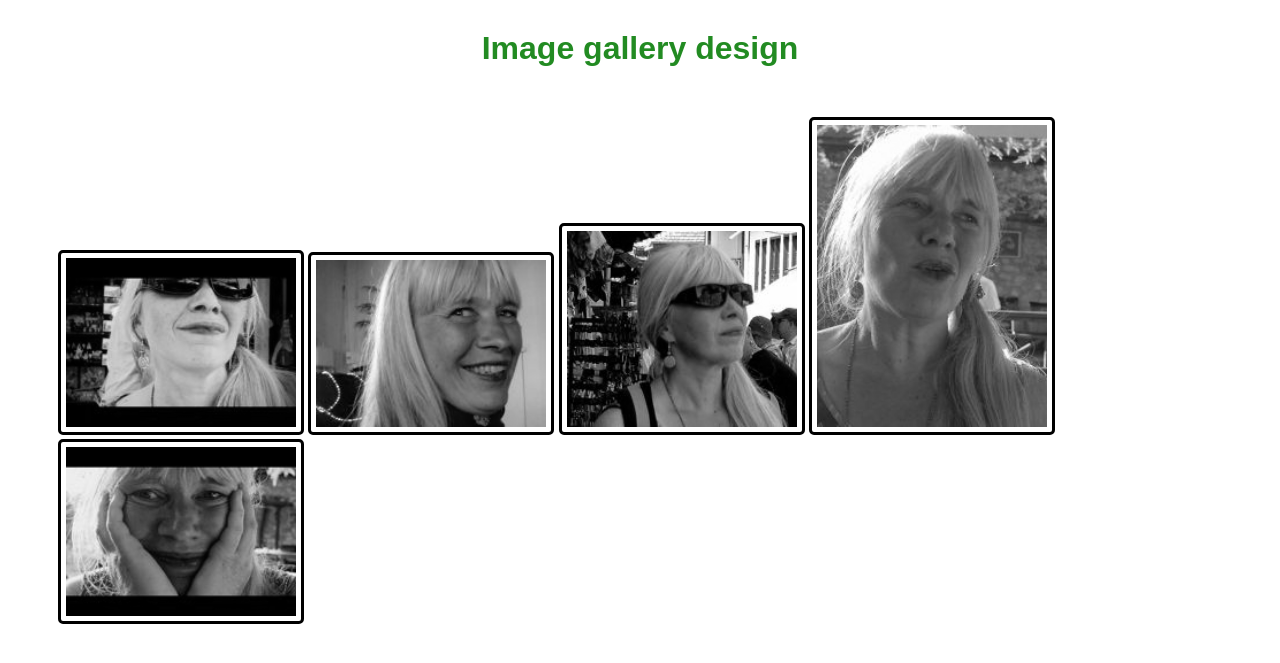
Repository: hindrik40/bildspel-lightbox
Page: index.html
These files come from the project's save history. The page is drawn as it stood at one moment and after the next save; the edit follows.
The browser window is 1280 px wide. The pictures show the whole page.
The pointer rests on the first visible `.gallery img`.

Above is the page before, as saved 2021-08-08 16:53:11.

After the next save:
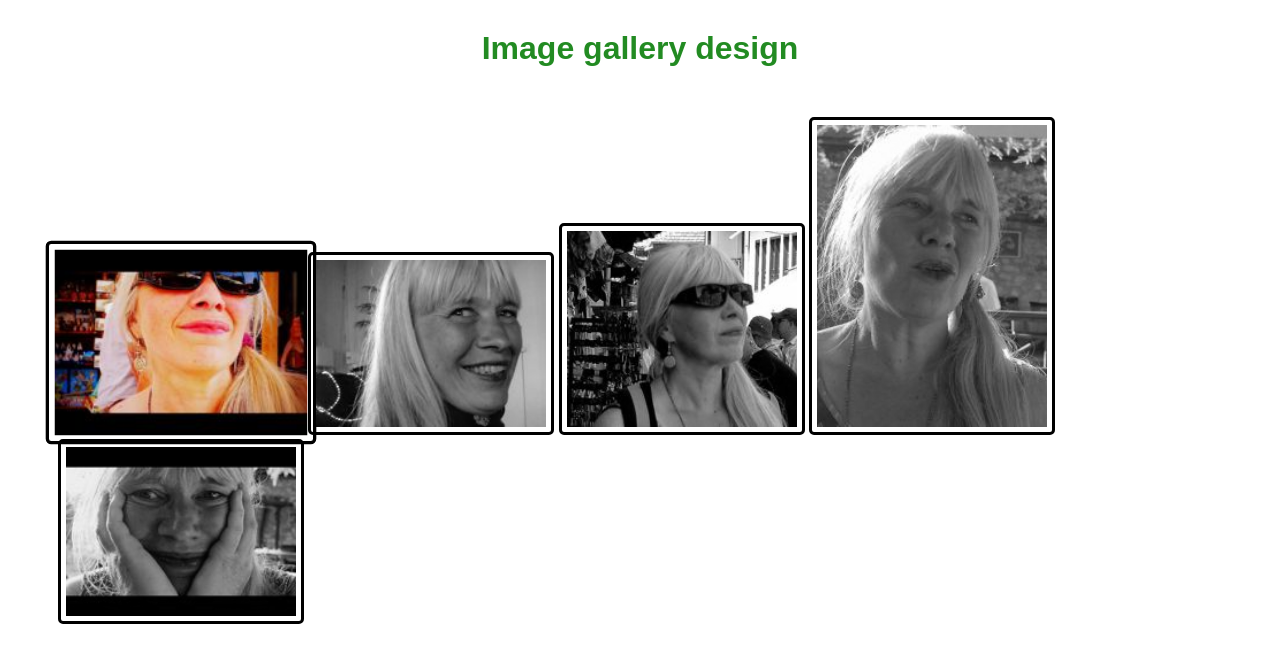
Saved 37 s later.
--- a/css/style.css
+++ b/css/style.css
@@ -20,7 +20,7 @@ h1 {
     border-radius: 5px;;
 }
 .gallery img:hover {
-    filter: grayscale(0%)
+    filter: grayscale(0%);
     transform:scale(1.1)}
 
 
